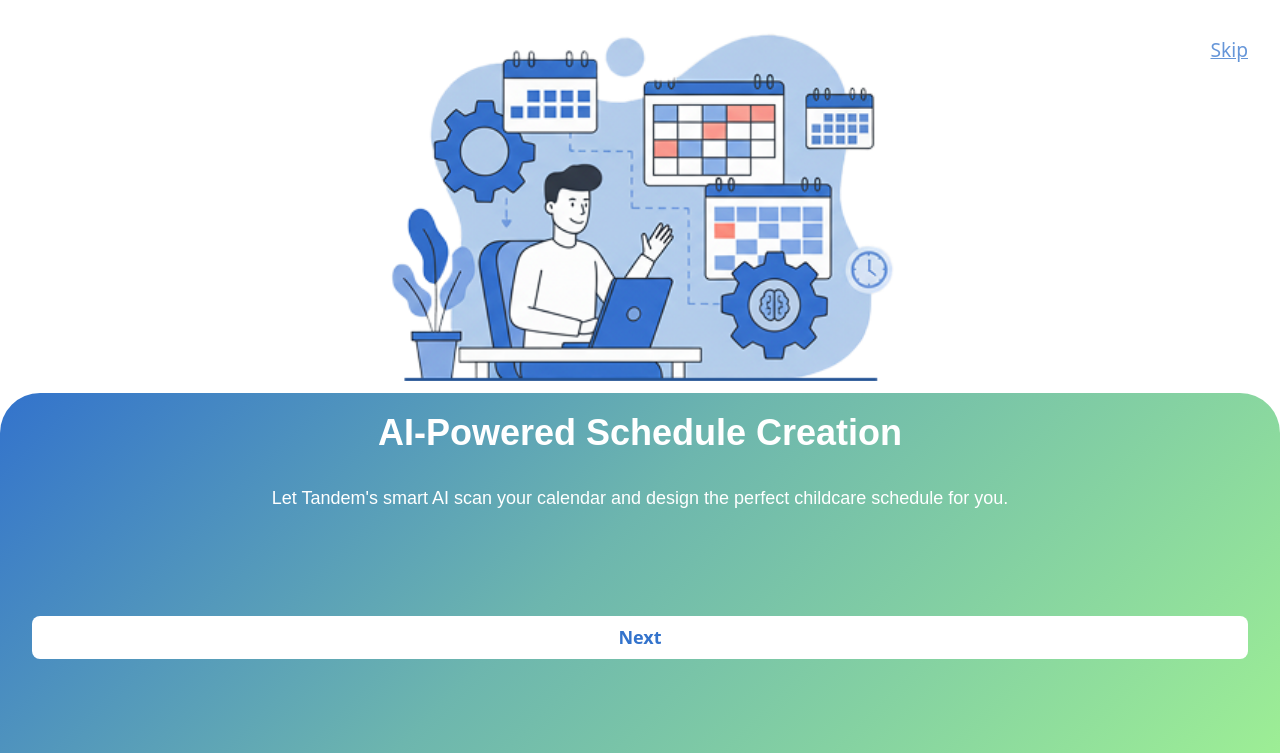
Repository: IDSP-TRADECARE/Tandem
Page: /boarding/features
These files come from the project's save history. The page is drawn as it stood at one moment and after the next save; the edit follows.
The browser window is 1280 px wide. The pictures show the whole page.
The page's requests for data from a server got no answer. Some web fonts or font styles are not loaded; a fallback is used. The project was rebuilt for these pictures with package versions that can differ from the ones it lists, and the page was loaded fresh each time. Some packages were replaced by stand-ins written for this rebuild. The framework's server and built-in components were replaced by stand-ins that run in the browser. No one was signed in, and anything a server would have sent is missing. Also part of the build but not shown: next.config.ts, src/app/components/auth/AuthGuard.tsx.

Above is the page before, as saved 2025-11-23 00:35:10.

### src/app/layout.tsx
/* eslint-disable @next/next/no-page-custom-font */
import { ClerkProvider } from '@clerk/nextjs'
import { SocketProvider } from '@/lib/socket/SocketContext'
import './globals.css'
import type { Metadata } from "next";
import { AuthWrapper } from './components/auth/AuthWrapper';


export const metadata: Metadata = {
  title: "Tandem",
  description: "Share childcare with your community",
  icons: {
    icon: 'brand/logoColor.svg',
  },
};

export default function RootLayout({
  children,
}: Readonly<{
  children: React.ReactNode;
}>) {
  return (
    <ClerkProvider>
      <html lang="en">
        <head>
          {/* Omnes Pro from Adobe Fonts */}
          <link rel="stylesheet" href="https://use.typekit.net/pku8yek.css" />

          {/* Alan Sans from Google Fonts */}
          <link rel="preconnect" href="https://fonts.googleapis.com" />
          <link rel="preconnect" href="https://fonts.gstatic.com" crossOrigin="anonymous" />
          <link href="https://fonts.googleapis.com/css2?family=Alan+Sans:wght@300..900&display=swap" rel="stylesheet" />
        </head>
        <body className="antialiased">
          <SocketProvider>
            <AuthWrapper>
              {children}
            </AuthWrapper>
          </SocketProvider>
        </body>
      </html>
    </ClerkProvider>
  )
}

### src/app/boarding/features/page.tsx
"use client";
import { useState } from "react";
import { useRouter } from "next/navigation";
import styles from "./features.module.css";

const features = [
    {
        id: 1,
        title: "AI-Powered Schedule Creation",
        description:
            "Let Tandem's smart AI scan your calendar and design the perfect childcare schedule for you.",
        imgSrc: "/boarding/Graphic-ai-powered-feature1.png",
    },
    {
        id: 2,
        title: "Seamless Nanny Booking",
        description:
            "Effortlessly discover and book reliable nannies tailored to your family's needs.",
        imgSrc: "/boarding/Seamless-nanny-booking-feature2.png",
    },
    {
        id: 3,
        title: "Intelligent Nanny Sharing",
        description:
            "Team up with nearby families to share trusted nannies, cutting costs while building lasting connections.",
        imgSrc: "/boarding/Intelligent-nanny-sharing-feature3.png",
    },
];

export default function FeaturesPage() {
    const [currentIndex, setCurrentIndex] = useState(0);
    const router = useRouter();

    const handleNext = () => {
        if (currentIndex < features.length - 1) {
            setCurrentIndex(currentIndex + 1);
        } else {
            router.push("./sign-up");
        }
    };

    const handleSkip = () => {
        router.push("./sign-up");
    };

    const handlePrevious = () => {
        if (currentIndex > 0) {
            setCurrentIndex(currentIndex - 1);
        }
    };

    const currentFeature = features[currentIndex];
    const showPrevious = currentIndex > 0;

    return (
        <div className={styles.container}>
            <button
                className={styles.skipButton}
                onClick={handleSkip}
            >
                Skip
            </button>

            <div className={styles.imageSection}>
                <div className={styles.imageContainer}>
                    <img
                        src={currentFeature.imgSrc}
                        alt={`Feature ${currentFeature.id}`}
                    />
                </div>
                <div className={styles.progressDots}>
                    {features.map((_, index) => (
                        <div
                            key={index}
                            className={`${styles.dot} ${
                                index === currentIndex ? styles.active : ""
                            }`}
                        />
                    ))}
                </div>
            </div>

            <div className={styles.contentButtons}>
                <div className={styles.content}>
                    <h1 className={styles.title}>{currentFeature.title}</h1>
                    <p className={styles.description}>
                        {currentFeature.description}
                    </p>
                </div>
                <div className={styles.navigationButtons}>
                    {showPrevious && (
                        <button
                            className={styles.previousButton}
                            onClick={handlePrevious}
                        >
                            Previous
                        </button>
                    )}
                    <button
                        className={styles.nextButton}
                        onClick={handleNext}
                    >
                        Next
                    </button>
                </div>
            </div>
        </div>
    );
}

### src/lib/socket/SocketContext.tsx
'use client';

import { createContext, useContext, useEffect, useState } from 'react';
import { io, Socket } from 'socket.io-client';
import { ClientToServerEvents, ServerToClientEvents } from './types';

type TypedSocket = Socket<ServerToClientEvents, ClientToServerEvents>;

interface SocketContextType {
  socket: TypedSocket | null;
  isConnected: boolean;
}

const SocketContext = createContext<SocketContextType>({
  socket: null,
  isConnected: false,
});

export function SocketProvider({ children }: { children: React.ReactNode }) {
  const [socket, setSocket] = useState<TypedSocket | null>(null);
  const [isConnected, setIsConnected] = useState(false);

  useEffect(() => {
    const socketUrl = process.env.NEXT_PUBLIC_SOCKET_URL || 'http://localhost:3001';

    console.log('Connecting to Socket.IO server:', socketUrl);

    const socketInstance: TypedSocket = io(socketUrl, {
      transports: ['websocket', 'polling'],
    });

    socketInstance.on('connect', () => {
      console.log('✅ Socket connected:', socketInstance.id);
      setIsConnected(true);
    });

    socketInstance.on('disconnect', () => {
      console.log('❌ Socket disconnected');
      setIsConnected(false);
    });

    socketInstance.on('connect_error', (error) => {
      console.error('Socket connection error:', error);
      setIsConnected(false);
    });

    setSocket(socketInstance);

    return () => {
      socketInstance.disconnect();
    };
  }, []);

  return (
    <SocketContext.Provider value={{ socket, isConnected }}>
      {children}
    </SocketContext.Provider>
  );
}

export const useSocket = () => useContext(SocketContext);

### src/app/globals.css
@import "tailwindcss";

@theme {
  /* Font families */
  --font-family-alan: "Alan Sans", sans-serif;
  --font-family-omnes: "omnes-pro", sans-serif;

  /* Primary Colors */
  --color-primary: #3373cc;
  --color-primary-lighter: #a3c0e8;
  --color-primary-light: #91b3e3;
  --color-primary-light-hover: #91b3e3;
  --color-primary-light-active: #7aa4de;
  --color-primary-hover: #2b62ad;
  --color-primary-active: #255495;
  --color-primary-dark: #122847;
  --color-primary-dark-hover: #0d1d33;
  --color-primary-dark-active: #060d16;

  /* Secondary Colors */
  --color-secondary: #92f189;
  --color-secondary-lighter: #cef9ca;
  --color-secondary-light: #c4f7bf;
  --color-secondary-light-hover: #c4f7bf;
  --color-secondary-light-active: #b8f6b2;
  --color-secondary-hover: #7ccd74;
  --color-secondary-active: #6bb064;
  --color-secondary-dark: #335430;
  --color-secondary-dark-hover: #253c22;
  --color-secondary-dark-active: #101b0f;

  /* Analogous Colors */
  --color-analogous: #68d5ff;
  --color-analogous-lighter: #bbecff;
  --color-analogous-light: #ade8ff;
  --color-analogous-light-hover: #ade8ff;
  --color-analogous-light-active: #9de4ff;
  --color-analogous-hover: #58b5d9;
  --color-analogous-active: #4c9bba;
  --color-analogous-dark: #244b59;
  --color-analogous-dark-hover: #1a3540;
  --color-analogous-dark-active: #0b171c;

  /* Success */
  --color-success: #95b548;

  /* Warning */
  --color-warning: #d78f26;

  /* Error */
  --color-error: #c43535;

  /* Neutral Colors */
  --color-neutral-50: #e6e6e8;
  --color-neutral-100: #b0b0b8;
  --color-neutral-200: #8a8a96;
  --color-neutral-300: #545466;
  --color-neutral-400: #333349;
  --color-neutral-500: #00001b;
  --color-neutral-600: #000019;
  --color-neutral-700: #000013;
  --color-neutral-800: #00000f;
  --color-neutral-900: #00000b;
}

@layer base {
  :root {
    /* Semantic mappings for shadcn */
    --background: 0 0% 100%;
    --foreground: var(--color-neutral-500);
    --card: 0 0% 100%;
    --card-foreground: var(--color-neutral-500);
    --popover: 0 0% 100%;
    --popover-foreground: var(--color-neutral-500);
    --primary-foreground: 0 0% 98%;
    --secondary-foreground: var(--color-neutral-500);
    --muted: var(--color-neutral-50);
    --muted-foreground: var(--color-neutral-300);
    --accent: var(--color-analogous-light);
    --accent-foreground: var(--color-neutral-500);
    --destructive: var(--color-error);
    --destructive-foreground: 0 0% 98%;
    --border: var(--color-neutral-100);
    --input: var(--color-neutral-100);
    --ring: var(--color-primary);
    --radius: 0.5rem;
    --gradient-primary: linear-gradient(135deg, #3373CC 0%, #6DB6AE 46%, #9DEE95 100%);
  }

  .dark {
    --background: var(--color-neutral-500);
    --foreground: 0 0% 98%;
    --card: var(--color-neutral-400);
    --card-foreground: 0 0% 98%;
    --popover: var(--color-neutral-400);
    --popover-foreground: 0 0% 98%;
    --primary-foreground: var(--color-neutral-500);
    --secondary-foreground: 0 0% 98%;
    --muted: var(--color-neutral-300);
    --muted-foreground: var(--color-neutral-100);
    --accent: var(--color-analogous-dark);
    --accent-foreground: 0 0% 98%;
    --destructive-foreground: 0 0% 98%;
    --border: var(--color-neutral-300);
    --input: var(--color-neutral-300);
    --ring: var(--color-primary-light);
    --gradient-primary: linear-gradient(135deg, #3373CC 0%, #6DB6AE 46%, #9DEE95 100%);
  }

  /* Font utilities */
  .font-alan {
    font-family: var(--font-family-alan);
    font-optical-sizing: auto;
  }

  .font-omnes {
    font-family: var(--font-family-omnes);
  }
}

/* FullCalendar Custom Styles */
.fullcalendar-container {
  font-family: inherit;
}

.fc {
  font-size: 14px;
}

.fc .fc-toolbar-title {
  font-size: 1.5rem;
  font-weight: 700;
  color: var(--color-primary);
}

.fc .fc-button {
  background-color: var(--color-primary);
  border-color: var(--color-primary);
  color: white;
  border-radius: 8px;
  padding: 6px 12px;
  font-weight: 600;
}

.fc .fc-button:hover {
  background-color: var(--color-primary-hover);
  border-color: var(--color-primary-hover);
}

.fc .fc-button-active {
  background-color: var(--color-primary-dark);
  border-color: var(--color-primary-dark);
}

.fc .fc-col-header-cell {
  background-color: var(--color-neutral-50);
  padding: 12px;
  font-weight: 600;
  color: var(--color-primary);
}

.fc .fc-daygrid-day-number {
  font-weight: 600;
  color: var(--color-primary);
  padding: 8px;
}

.fc .fc-daygrid-day.fc-day-today {
  background-color: var(--color-primary-lighter) !important;
}

.fc .fc-event {
  border-radius: 6px;
  padding: 4px 6px;
  font-size: 12px;
  font-weight: 600;
  cursor: pointer;
}

.fc .fc-timegrid-event {
  border-radius: 6px;
  padding: 4px;
}

.fc .fc-timegrid-slot {
  height: 3em;
}

.fc .fc-scrollgrid {
  border-color: var(--neutral-100) !important;
}

@layer utilities {
  .bg-gradient-primary {
    background: var(--gradient-primary);
  }
}

### src/app/components/auth/AuthWrapper.tsx
'use client';

import { usePathname } from 'next/navigation';
import { AuthGuard } from './AuthGuard';

export function AuthWrapper({ children }: { children: React.ReactNode }) {
  const pathname = usePathname();

  // Routes that don't require authentication
  const publicRoutes = ['/boarding/features', '/sign-in', '/sign-up'];
  const isPublicRoute = pathname === '/' || publicRoutes.some(route => pathname?.startsWith(route));

  if (isPublicRoute) {
    return <>{children}</>;
  }

  return <AuthGuard>{children}</AuthGuard>;
}

### src/app/boarding/features/features.module.css
.container {
    min-height: 100vh;
    display: flex;
    flex-direction: column;
    background: #fff;
}

.skipButton {
    position: absolute;
    top: 1.75rem;
    right: 1rem;
    background: none;
    border: none;
    color: var(--color-primary);
    font-size: 1.2rem;
    cursor: pointer;
    z-index: 10;
    padding: 0.5rem 1rem;
    text-decoration: underline;
    opacity: 0.75;
}

.imageSection {
    flex: 1;
    display: flex;
    flex-direction: column;
    align-items: center;
    justify-content: center;
    background: #fff;
    padding: 0.5rem 0;
    position: relative;
    overflow: hidden;
}

.imageContainer {
    flex: 1;
    display: flex;
    align-items: center;
    justify-content: center;
    width: 100%;
    padding: 0 1rem;
}

.imageContainer img {
    width: 100%;
    max-width: 500px;
    min-width: 350px;
    height: auto;
    object-fit: contain;
    transform: scale(1.2);
}

.progressDots {
    display: flex;
    gap: 0.5rem;
    justify-content: center;
    padding: 1rem 0;
}

.dot {
    width: 1.5rem;
    height: 0.375rem;
    border-radius: 0.25rem;
    background-color: var(--color-primary-lighter);
    transition: all 0.5s;
}

.dot.active {
    background: var(--color-primary);
    width: 3rem;
}

.contentButtons {
    background: var(--gradient-primary);
    border-top-left-radius: 2.5rem;
    border-top-right-radius: 2.5rem;
    padding: 2rem;
    height: 50vh;
    width: 100%;
    display: flex;
    flex-direction: column;
    gap: 6.5rem;
}

.content {
    display: flex;
    flex-direction: column;
    align-items: center;
    text-align: center;
}

.title {
    font-size: 2.25rem;
    font-family: var(--font-family-alan);
    font-weight: 900;
    line-height: 1rem;
    color: #fff;
    margin-bottom: 2.75rem;
}

.description {
    font-size: 1.125rem;
    font-family: var(--font-family-omnes);
    color: #fff;
    margin-bottom: 0;
}

.navigationButtons {
    display: flex;
    gap: 1rem;
    width: 100%;
    margin-bottom: 1rem;
}

.previousButton {
    flex: 1;
    padding: 0.5rem;
    background: rgba(255, 255, 255, 0.2);
    color: #fff;
    border: 1px solid #fff;
    border-radius: 0.5rem;
    font-size: 1.125rem;
    font-weight: bold;
    cursor: pointer;
    transition: all 0.3s;
}

.previousButton:hover {
    background: rgba(255, 255, 255, 0.3);
}

.previousButton:active {
    opacity: 0.8;
}

.nextButton {
    flex: 1;
    padding: 0.5rem;
    background: #fff;
    color: var(--color-primary);
    border: none;
    border-radius: 0.5rem;
    font-size: 1.125rem;
    font-weight: bold;
    cursor: pointer;
    transition: opacity 0.3s;
}

.nextButton:hover {
    opacity: 0.9;
}

.nextButton:active {
    opacity: 0.8;
}

After the next save:
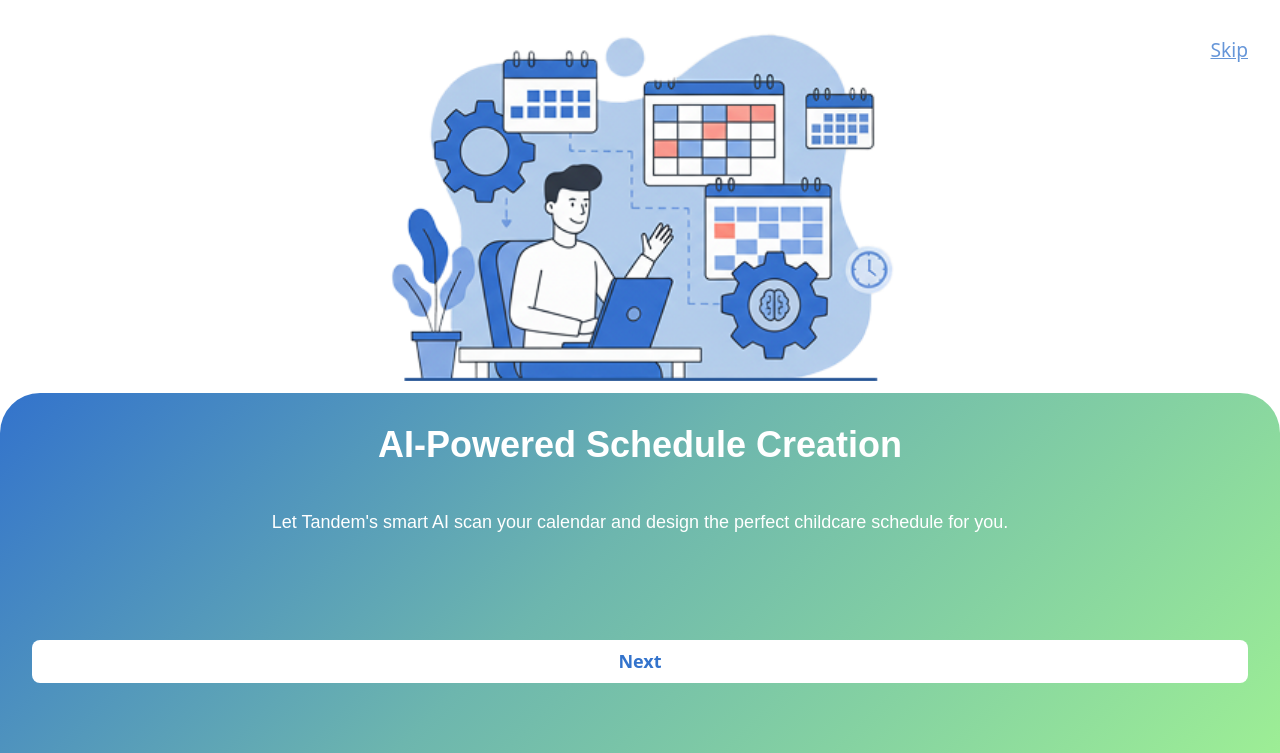
Saved 5 s later.
--- a/src/app/boarding/features/features.module.css
+++ b/src/app/boarding/features/features.module.css
@@ -93,7 +93,7 @@
     font-size: 2.25rem;
     font-family: var(--font-family-alan);
     font-weight: 900;
-    line-height: 1rem;
+    line-height: 2.5rem;
     color: #fff;
     margin-bottom: 2.75rem;
 }
